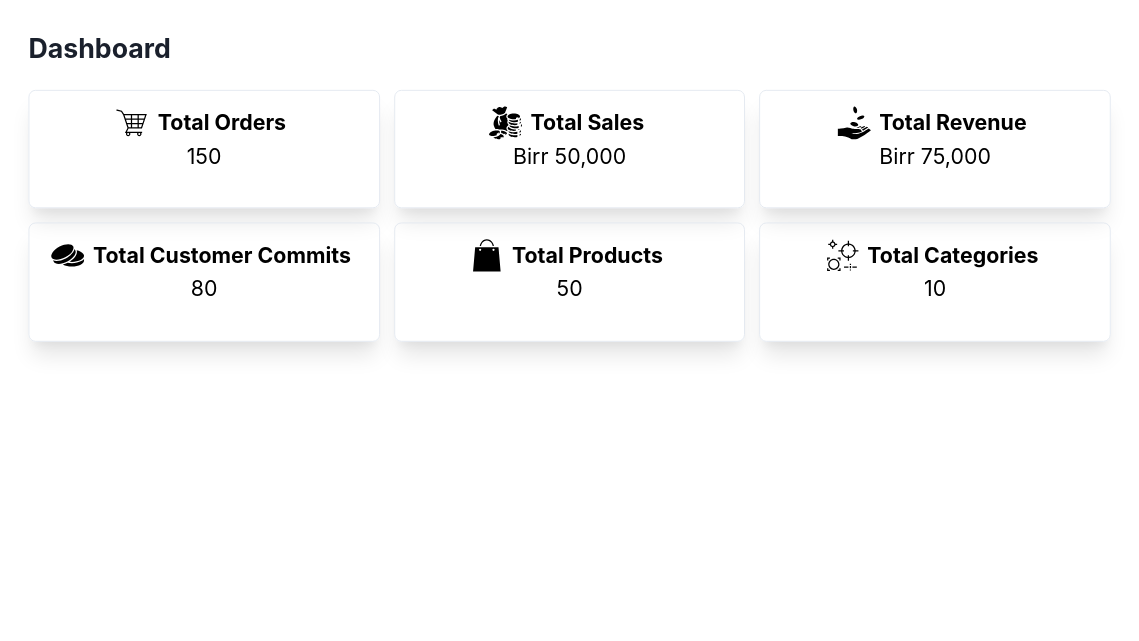
Repository: Andarg01/chakra-dashboard
Page: /
These files come from the project's save history. The page is drawn as it stood at one moment and after the next save; the edit follows.
The browser window is 1280 px wide. The pictures show the whole page, at 89% of full size.
Pictures or frames that could not be fetched are drawn as grey boxes. The project was rebuilt for these pictures with package versions that can differ from the ones it lists, and the page was loaded fresh each time. Also part of the build but not shown: src/components/ProductModal.tsx.

Above is the page before, as saved 2024-03-06 23:34:34.

### src/index.tsx
import React from 'react';
import ReactDOM from 'react-dom/client';
import './index.css';
import App from './App';

import { ChakraProvider } from '@chakra-ui/react';


const root = ReactDOM.createRoot(
  document.getElementById('root') as HTMLElement
);
root.render(

  <React.StrictMode>
  <ChakraProvider>
    <App />
    </ChakraProvider>
  </React.StrictMode>

);

### src/App.tsx
import React from 'react'
import ProductList from './pages/ProductList'
import Dashboard from './components/Dashboard'

const App = () => {
  return (
    <div>
      {/* <ProductList/> */}
      <Dashboard/>
    </div>
  )
}

export default App





















// import React from 'react';
// import { BrowserRouter, Route, Routes } from 'react-router-dom';
// import Sidebar from './components/Sidebar';

// import Dashboard from './pages/Dashboard'

// import Analytics from './pages/AnalyticsPage'

// import ProductList from './ProductList';
// import './App.css';


// // import { ChakraProvider } from '@chakra-ui/react';

// type SaleData = {
//   date: string;
//   amount: number;
// };

// type RevenueData = {
//   month: string;
//   revenue: number;
// };

// const App: React.FC = () => {
//   const saleData: SaleData[] = [
//     { date: '2022-01-01', amount: 100 },
//     { date: '2022-01-02', amount: 150 },
//     { date: '2022-01-03', amount: 200 },
//     { date: '2022-01-04', amount: 120 },
//     { date: '2022-01-05', amount: 180 },
//     { date: '2022-01-06', amount: 90 },
//     { date: '2022-01-07', amount: 110 },
//     { date: '2022-01-08', amount: 130 },
//     { date: '2022-01-09', amount: 170 },
//     { date: '2022-01-10', amount: 160 },
//   ];

//   const revenueData: RevenueData[] = [
//     { month: 'January', revenue: 500 },
//     { month: 'February', revenue: 700 },
//     { month: 'March', revenue: 600 },
//     { month: 'April', revenue: 800 },
//     { month: 'May', revenue: 900 },
//     { month: 'June', revenue: 750 },
//     { month: 'July', revenue: 850 },
//     { month: 'August', revenue: 950 },
//     { month: 'September', revenue: 700 },
//     { month: 'October', revenue: 850 },
//   ];

//   return (
//     // <ChakraProvider>
//       <div>
//         <BrowserRouter>
//           <Sidebar>
//             <Routes>
//               <Route path="/" element={<Dashboard saleData={saleData} revenueData={revenueData} />} />
//               <Route path="/dashboard" element={<Dashboard saleData={saleData} revenueData={revenueData} />} />

//               <Route path="/analytics" element={<Analytics />} />
//               <Route path="/product" element={<ProductList />} />

//             </Routes>
//           </Sidebar>
//         </BrowserRouter>
//       </div>
//     {/* </ChakraProvider> */}
//   );
// };

// export default App;

### src/components/Dashboard.tsx



// Dashboard.tsx
import React from 'react';
import { Box, Text, SimpleGrid, Flex } from '@chakra-ui/react';
import { GiShoppingCart, GiCash, GiReceiveMoney, GiTwoCoins, GiShoppingBag, GiMultipleTargets } from 'react-icons/gi';

interface DashboardCardProps {
  title: string;
  value: number;
  index: number;
  isCurrency?: boolean;
}

const iconComponents = [
  GiShoppingCart,   // Total Orders
  GiCash,           // Total Sales
  GiReceiveMoney,   // Total Revenue
  GiTwoCoins,       // Total Customer Commits
  GiShoppingBag,    // Total Products
  GiMultipleTargets // Total Categories
];

const DashboardCard: React.FC<DashboardCardProps> = ({ title, value, index, isCurrency = false }) => {
  const IconComponent = iconComponents[index];

  const formattedValue = isCurrency ? `Birr ${value.toLocaleString()}` : value;

  return (
    <Box
      p="4"
      borderRadius="lg"
      border="1px solid"
      borderColor="gray.200"
      boxShadow="xl"
      textAlign="center"
      minH={`calc(100px + 1/3 * 100px)`} // Maximize height and add 1/3 of the size
      fontSize="2xl"
      color="black" // Set text color to black
      display="inline-flex"
      flexDirection="column"
      alignItems="center"
    >
      <Flex alignItems="center">
        <IconComponent size={40}  fontWeight="bold" />
        <Text fontWeight="bold" ml="2" mr="2">
          {title}
        </Text>
      </Flex>
      <Text>{formattedValue}</Text>
    </Box>
  );
};

const Dashboard: React.FC = () => {
  // Dummy data for demonstration
  const metricsData = {
    totalOrders: 150,
    totalSales: 50000,
    totalRevenue: 75000,
    totalCustomerCommits: 80,
    totalProducts: 50,
    totalCategories: 10,
  };

  return (
    <Box p="8">
      <Text fontSize="3xl" fontWeight="bold" mb="6">
        Dashboard
      </Text>

      <SimpleGrid columns={[1, 2, 3, 3]} spacing="4">
        <DashboardCard title="Total Orders" value={metricsData.totalOrders} index={0} />
        <DashboardCard title="Total Sales" value={metricsData.totalSales} index={1} isCurrency />
        <DashboardCard title="Total Revenue" value={metricsData.totalRevenue} index={2} isCurrency />
        <DashboardCard title="Total Customer Commits" value={metricsData.totalCustomerCommits} index={3} />
        <DashboardCard title="Total Products" value={metricsData.totalProducts} index={4} />
        <DashboardCard title="Total Categories" value={metricsData.totalCategories} index={5} />
      </SimpleGrid>
    </Box>
  );
};

export default Dashboard;





// // Dashboard.tsx
// import React from 'react';
// import { Box, Text, SimpleGrid, Flex } from '@chakra-ui/react';
// import { GiShoppingCart, GiCash, GiReceiveMoney, GiTwoCoins, GiShoppingBag, GiMultipleTargets } from 'react-icons/gi';

// interface DashboardCardProps {
//   title: string;
//   value: number;
//   index: number;
//   isCurrency?: boolean;
// }

// const iconComponents = [
//   GiShoppingCart,   // Total Orders
//   GiCash,           // Total Sales
//   GiReceiveMoney,   // Total Revenue
//   GiTwoCoins,       // Total Customer Commits
//   GiShoppingBag,    // Total Products
//   GiMultipleTargets // Total Categories
// ];

// const DashboardCard: React.FC<DashboardCardProps> = ({ title, value, index, isCurrency = false }) => {
//   const colors = ['rgba(159, 122, 234, 0.7)', 'rgba(237, 100, 166, 0.7)']; // Purple, Pink with transparency
//   const backgroundColor = colors[index % colors.length];

//   const IconComponent = iconComponents[index];

//   const formattedValue = isCurrency ? `Birr ${value.toLocaleString()}` : value;

//   return (
//     <Box
//       p="4"
//       borderRadius="lg"
//       boxShadow="xl"
//       textAlign="center"
//       minH={`calc(100px + 1/3 * 100px)`} // Maximize height and add 1/3 of the size
//       fontSize="2xl"
//       color="white"
//       backgroundColor={backgroundColor}
//       display="inline-flex"
//       flexDirection="column"
//       alignItems="center"
//     >
//       <Flex alignItems="center">
//         <IconComponent size={40} mb="-2" fontWeight="bold" />
//         <Text fontWeight="bold" ml="2" mr="2">
//           {title}
//         </Text>
//       </Flex>
//       <Text>{formattedValue}</Text>
//     </Box>
//   );
// };

// const Dashboard: React.FC = () => {
//   // Dummy data for demonstration
//   const metricsData = {
//     totalOrders: 150,
//     totalSales: 50000,
//     totalRevenue: 75000,
//     totalCustomerCommits: 80,
//     totalProducts: 50,
//     totalCategories: 10,
//   };

//   return (
//     <Box p="8">
//       <Text fontSize="3xl" fontWeight="bold" mb="6">
//         Dashboard
//       </Text>

//       <SimpleGrid columns={[1, 2, 3, 3]} spacing="4">
//         <DashboardCard title="Total Orders" value={metricsData.totalOrders} index={0} />
//         <DashboardCard title="Total Sales" value={metricsData.totalSales} index={1} isCurrency />
//         <DashboardCard title="Total Revenue" value={metricsData.totalRevenue} index={2} isCurrency />
//         <DashboardCard title="Total Customer Commits" value={metricsData.totalCustomerCommits} index={3} />
//         <DashboardCard title="Total Products" value={metricsData.totalProducts} index={4} />
//         <DashboardCard title="Total Categories" value={metricsData.totalCategories} index={5} />
//       </SimpleGrid>
//     </Box>
//   );
// };

// export default Dashboard;

### src/pages/ProductList.tsx
import React, { useState, useEffect } from 'react';
import ProductTable from '../components/ProductTable';
import ProductModal from '../components/ProductModal';
import { FaSort, FaSortUp, FaSortDown } from 'react-icons/fa';
import { Box, Button, Flex, Text } from '@chakra-ui/react';

interface Product {
  id: string;
  name: string;
  category: string;
  price: number;
  quantity: number;
  date: string;
  photo: string;
}

const ProductList: React.FC = () => {
  const [products, setProducts] = useState<Product[]>([

      {
        "id": "1",
        "name": "Laptop",
        "category": "Electronics",
        "price": 999,
        "quantity": 10,
        "date": "2024-03-05",
        "photo": "https://images.unsplash.com/photo-1542291026-7eec264c27ff?q=80&w=1000&auto=format&fit=crop&ixlib=rb-4.0.3&ixid=M3wxMjA3fDB8MHxzZWFyY2h8Mnx8c2hvZXN8ZW58MHx8MHx8fDA%3D"
      },
      {
        "id": "2",
        "name": "Smartphone",
        "category": "Electronics",
        "price": 699,
        "quantity": 15,
        "date": "2024-03-05",
        "photo": "https://images.unsplash.com/photo-1542291026-7eec264c27ff?q=80&w=1000&auto=format&fit=crop&ixlib=rb-4.0.3&ixid=M3wxMjA3fDB8MHxzZWFyY2h8Mnx8c2hvZXN8ZW58MHx8MHx8fDA%3D"
      },
      {
        "id": "3",
        "name": "Headphones",
        "category": "Electronics",
        "price": 149,
        "quantity": 20,
        "date": "2024-03-05",
        "photo": "https://images.unsplash.com/photo-1542291026-7eec264c27ff?q=80&w=1000&auto=format&fit=crop&ixlib=rb-4.0.3&ixid=M3wxMjA3fDB8MHxzZWFyY2h8Mnx8c2hvZXN8ZW58MHx8MHx8fDA%3D"
      },
      {
        "id": "4",
        "name": "Desk",
        "category": "Furniture",
        "price": 299,
        "quantity": 5,
        "date": "2024-03-05",
        "photo": "https://images.unsplash.com/photo-1542291026-7eec264c27ff?q=80&w=1000&auto=format&fit=crop&ixlib=rb-4.0.3&ixid=M3wxMjA3fDB8MHxzZWFyY2h8Mnx8c2hvZXN8ZW58MHx8MHx8fDA%3D"
      },
      {
        "id": "5",
        "name": "Chair",
        "category": "Furniture",
        "price": 129,
        "quantity": 8,
        "date": "2024-03-05",
        "photo": "https://images.unsplash.com/photo-1542291026-7eec264c27ff?q=80&w=1000&auto=format&fit=crop&ixlib=rb-4.0.3&ixid=M3wxMjA3fDB8MHxzZWFyY2h8Mnx8c2hvZXN8ZW58MHx8MHx8fDA%3D"
      },
      {
        "id": "6",
        "name": "Bookshelf",
        "category": "Furniture",
        "price": 199,
        "quantity": 3,
        "date": "2024-03-05",
        "photo": "bookshelf.jpg"
      },
      {
        "id": "7",
        "name": "T-shirt",
        "category": "Clothing",
        "price": 19,
        "quantity": 30,
        "date": "2024-03-05",
        "photo": "tshirt.jpg"
      },
      {
        "id": "8",
        "name": "Jeans",
        "category": "Clothing",
        "price": 49,
        "quantity": 25,
        "date": "2024-03-05",
        "photo": "jeans.jpg"
      },
      {
        "id": "9",
        "name": "Sneakers",
        "category": "Footwear",
        "price": 79,
        "quantity": 12,
        "date": "2024-03-05",
        "photo": "sneakers.jpg"
      },
      {
        "id": "10",
        "name": "Watch",
        "category": "Accessories",
        "price": 129,
        "quantity": 18,
        "date": "2024-03-05",
        "photo": "watch.jpg"
      }


  ]);

  const [deleteConfirmation, setDeleteConfirmation] = useState<string | null>(null);
  const [modalOpen, setModalOpen] = useState(false);
  const [selectedProduct, setSelectedProduct] = useState<Product | null>(null);
  const [sortedProducts, setSortedProducts] = useState<Product[]>(products);
  const [filter, setFilter] = useState({ name: '', category: '', date: '' });
  const [sortConfig, setSortConfig] = useState<{ key: keyof Product; direction: string } | null>(null);
  const [currentPage, setCurrentPage] = useState(1);
  const itemsPerPage = 5;

  useEffect(() => {
    const filtered = products.filter(
      (product) =>
        product.name.toLowerCase().includes(filter.name.toLowerCase()) &&
        product.category.toLowerCase().includes(filter.category.toLowerCase()) &&
        product.date.includes(filter.date)
    );
    setSortedProducts(filtered);
    setCurrentPage(1);
  }, [products, filter]);

  const handlePreviousPage = () => {
    if (currentPage > 1) {
      setCurrentPage(currentPage - 1);
    }
  };

  const handleNextPage = () => {
    const totalPages = Math.ceil(sortedProducts.length / itemsPerPage);
    if (currentPage < totalPages) {
      setCurrentPage(currentPage + 1);
    }
  };

  const handlePageChange = (newPage: number) => {
    setCurrentPage(newPage);
  };

  const handleSort = (field: keyof Product) => {
    let direction = 'asc';

    if (sortConfig && sortConfig.key === field && sortConfig.direction === 'asc') {
      direction = 'desc';
    }

    setSortConfig({ key: field, direction });
    const sorted = [...products].sort((a, b) => {
      if (a[field] > b[field]) return direction === 'asc' ? 1 : -1;
      if (a[field] < b[field]) return direction === 'asc' ? -1 : 1;
      return 0;
    });

    setSortedProducts(sorted);
  };

  const getSortIcon = (field: keyof Product) => {
    if (!sortConfig || sortConfig.key !== field) {
      return <FaSort />;
    }

    return sortConfig.direction === 'asc' ? <FaSortUp /> : <FaSortDown />;
  };

  const handleFilter = () => {
    const filtered = products.filter(
      (product) =>
        product.name.toLowerCase().includes(filter.name.toLowerCase()) &&
        product.category.toLowerCase().includes(filter.category.toLowerCase()) &&
        product.date.includes(filter.date)
    );
    setSortedProducts(filtered);
    setCurrentPage(1);
  };

  const handleDelete = (id: string) => {
    setDeleteConfirmation(id);
  };

  const handleEdit = (editedProduct: Product) => {
    const updatedProducts = products.map((product) =>
      product.id === editedProduct.id ? editedProduct : product
    );
    setProducts(updatedProducts);
  };

  const handleAdd = (newProduct: Product) => {
    const id = (products.length + 1).toString();
    const updatedProducts = [...products, { ...newProduct, id }];
    setProducts(updatedProducts);
  };

  const startIndex = (currentPage - 1) * itemsPerPage;
  const endIndex = startIndex + itemsPerPage;
  const currentItems = sortedProducts.slice(startIndex, endIndex);
  const totalPages = Math.ceil(sortedProducts.length / itemsPerPage);

  return (
    <Box className="container mx-auto p-6 block">
      <Text fontSize="3xl" fontWeight="semibold" mb="6">
        Product List Page
      </Text>

      <Button
        onClick={() => {
          setSelectedProduct({
            id: (products.length + 1).toString(),
            name: '',
            category: '',
            price: 0,
            quantity: 0,
            date: '',
            photo: '',
          });
          setModalOpen(true);
        }}
        bgColor="purple"
        color="white"
        rounded="md"
        px="4"
        py="2"
        mb="4"
        _hover={{ m: '2' }}
      >
        Add Product
      </Button>

      <ProductTable
        products={currentItems}
        onDelete={handleDelete}
        onEdit={handleEdit}
        currentPage={currentPage}
        totalPages={totalPages}
        onPreviousPage={handlePreviousPage}
        onNextPage={handleNextPage}
        onSort={handleSort}
        getSortIcon={getSortIcon}
        onFilter={handleFilter}
      />

      <Flex justify="center" align="center" mt="4">
        <Button
          onClick={handlePreviousPage}
          disabled={currentPage === 1}
          bgColor="purple"
          color="white"
          px="3"
          py="1"
          rounded="md"
          mr="2"
          _hover={{ m: '2' }}
        >
          Previous
        </Button>
        {Array.from({ length: totalPages }, (_, index) => (
          <Button
            key={index}
            onClick={() => handlePageChange(index + 1)}
            className={`px-3 py-2 mx-1 rounded-md ${
              currentPage === index + 1 ? 'bg-gray-500 text-white' : 'bg-gray-200'
            }`}
          >
            {index + 1}
          </Button>
        ))}
        <Button
          onClick={handleNextPage}
          disabled={currentPage === totalPages}
          bgColor="pink.500"
          color="white"
          px="3"
          py="1"
          rounded="md"
          ml="2"
          _hover={{ m: '2' }}
        >
          Next
        </Button>
      </Flex>

      {deleteConfirmation && (
  <Box
    className="fixed top-0 left-0 w-full h-full bg-gray-800 bg-opacity-75 flex items-center justify-center"
  >
    <Box className="bg-white p-6 rounded-md w-96">
      <Text>{`Are you sure you want to delete product with ID: ${deleteConfirmation}?`}</Text>
      <Button
        onClick={() => {
          const updatedProducts = products.filter(
            (product) => product.id !== deleteConfirmation
          );
          setProducts(updatedProducts);
          setDeleteConfirmation(null);
        }}
        className="yes px-4 py-2 rounded-md mr-2 bg-pink-500 hover:bg-red-700"
        colorScheme='purple'
      >
        Yes
      </Button>
      <Button
        onClick={() => setDeleteConfirmation(null)} colorScheme='pink'
        className="cancel px-4 py-2 rounded-md hover:bg-gray-400 "
      >
        Cancel
      </Button>
    </Box>
  </Box>
)}



      {modalOpen && (
        <ProductModal
          product={selectedProduct}
          onClose={() => {
            setModalOpen(false);
            setSelectedProduct(null);
          }}
          onSave={(editedProduct) => {
            if (selectedProduct) {
              handleEdit(editedProduct);
            } else {
              handleAdd(editedProduct);
            }
            setModalOpen(false);
            setSelectedProduct(null);
          }}
        />
      )}
    </Box>
  );
};

export default ProductList;

Loaded but not shown: public/index.html (common file); src/index.css (common file); src/components/ProductTable.tsx (349 lines, source omitted)

After the next save:
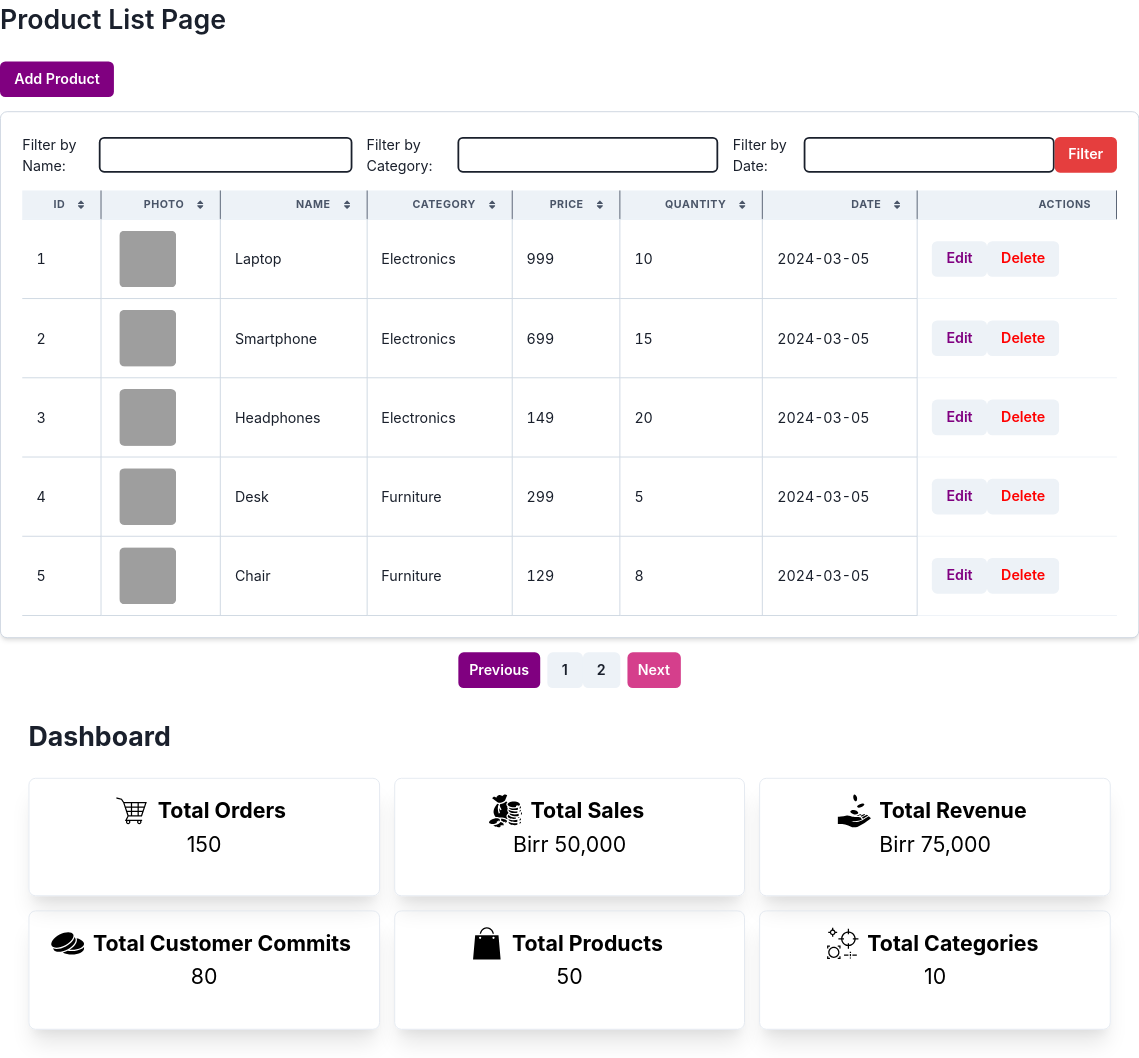
Saved 4 min 55 s later.
--- a/src/App.tsx
+++ b/src/App.tsx
@@ -5,7 +5,7 @@ import Dashboard from './components/Dashboard'
 const App = () => {
   return (
     <div>
-      {/* <ProductList/> */}
+      <ProductList/>
       <Dashboard/>
     </div>
   )
